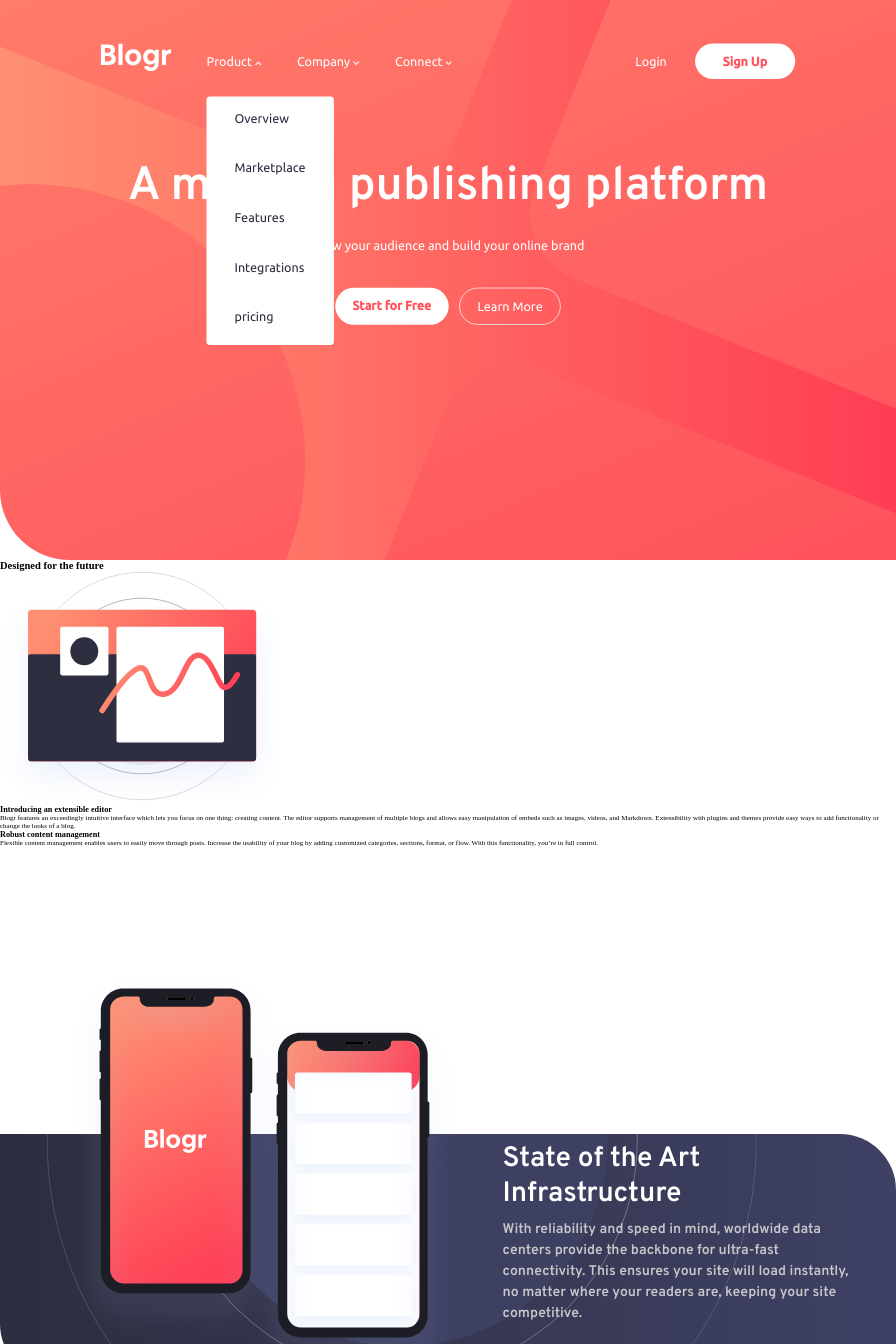
Repository: tomas938/tomaspage3
Page: index.html
An editor plug-in stored every save of this project. The page is shown before and after the next save, followed by the edit.
The browser window is 1280 px wide. The pictures show the part of the page from y = 0 to 1920 px (the page is 3367 px tall), at 70% of full size.
After loading, the first visible `li` was clicked once.
The style sheet was rebuilt from its Sass, Less or Tailwind sources for each picture, by a compiler version that may differ from the author's.

Above is the page before, as saved 2021-08-02 21:23:19.

After the next save:
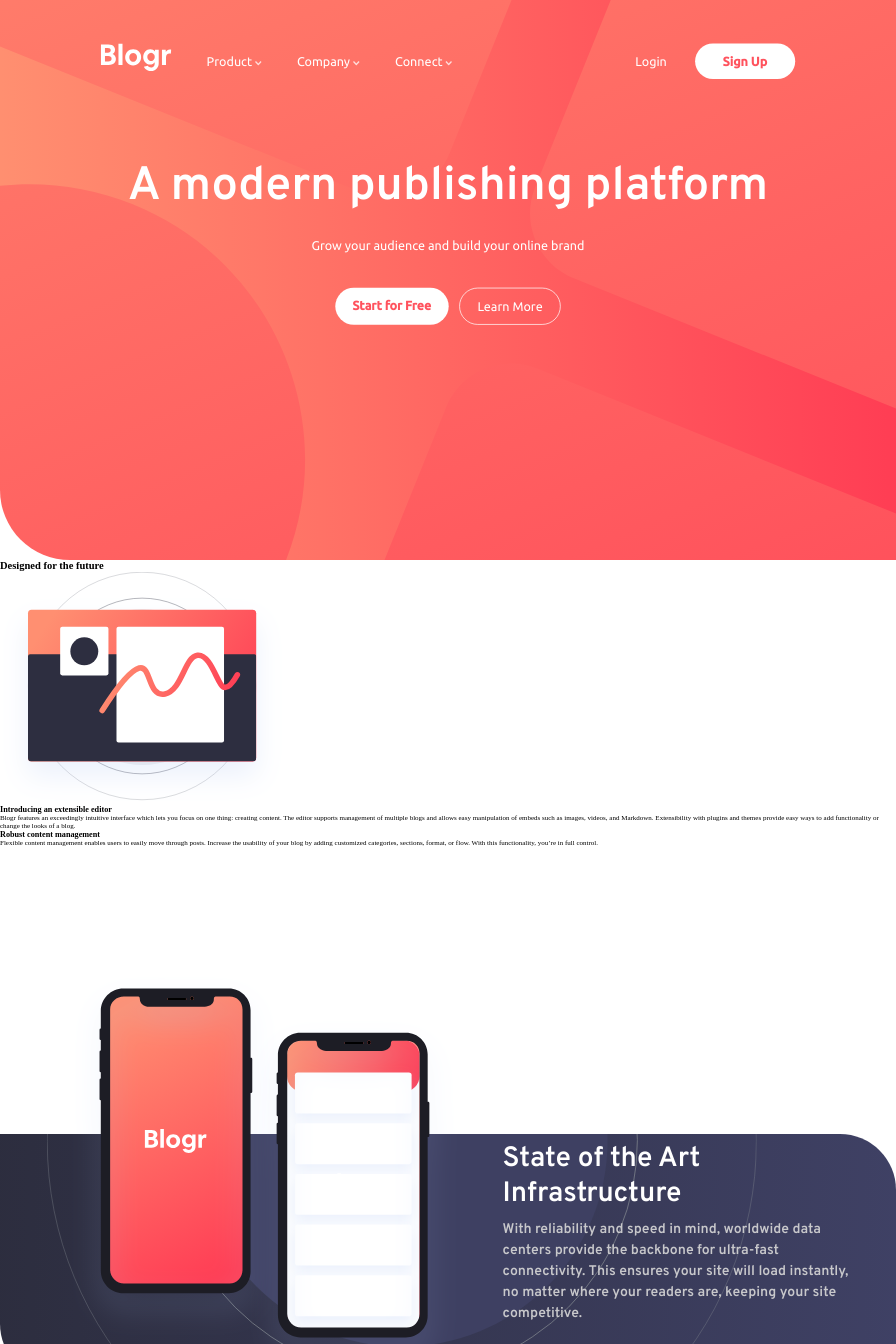
Saved 97 s later.
--- a/main.js
+++ b/main.js
@@ -13,5 +13,8 @@
 			link.classList.remove("activate");
 		});
 		link.classList.toggle("activate");
+		if (link.classList.contains("activate")) {
+			link.classList.remove("activate");
+		}
 	});
 });

After the 2 saves that followed:
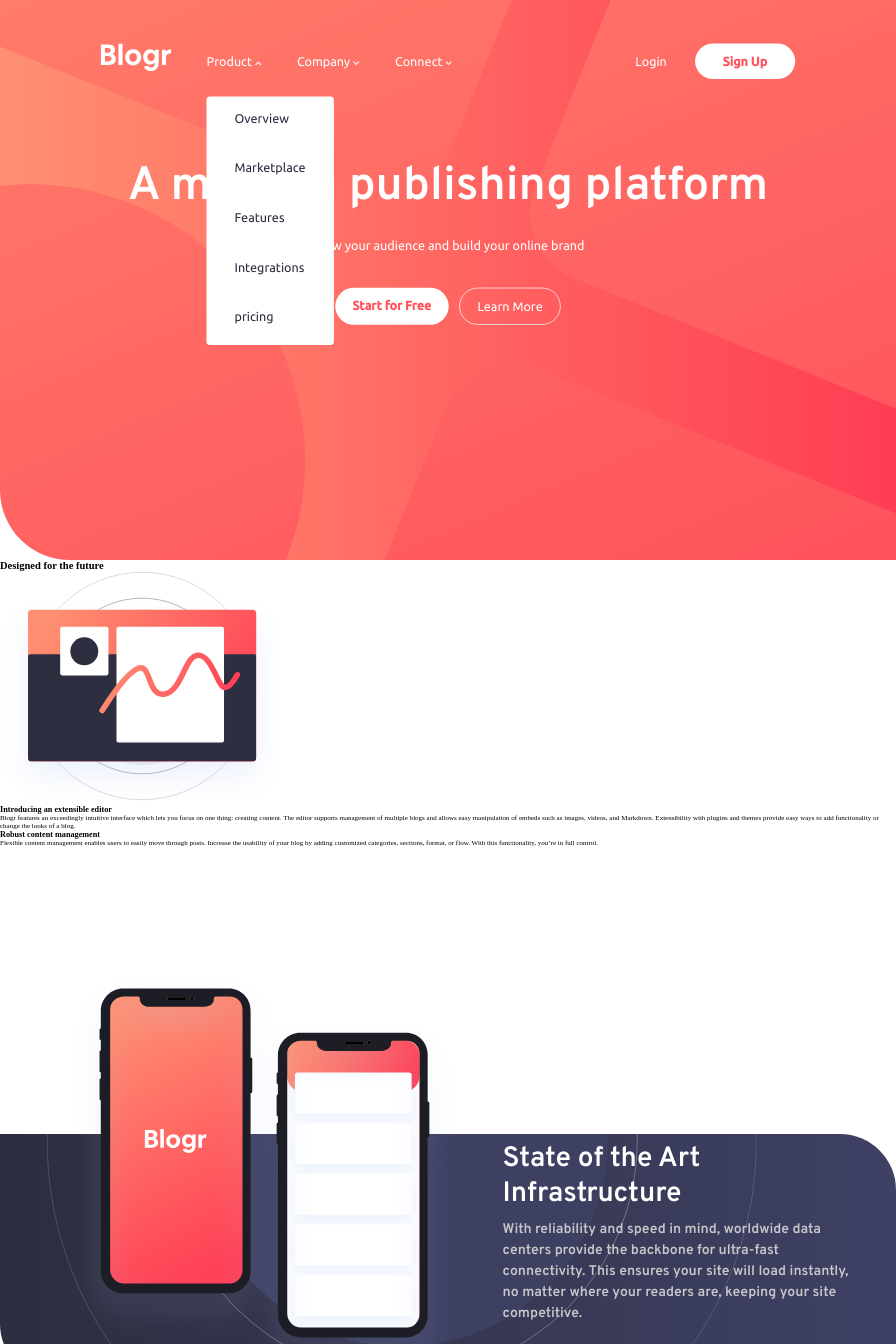
The 2 saves are shown as one change because they came seconds apart.
The last was saved 22 s later.
--- a/main.js
+++ b/main.js
@@ -12,9 +12,9 @@
 		links.forEach((link) => {
 			link.classList.remove("activate");
 		});
-		link.classList.toggle("activate");
 		if (link.classList.contains("activate")) {
 			link.classList.remove("activate");
 		}
+		link.classList.toggle("activate");
 	});
 });
